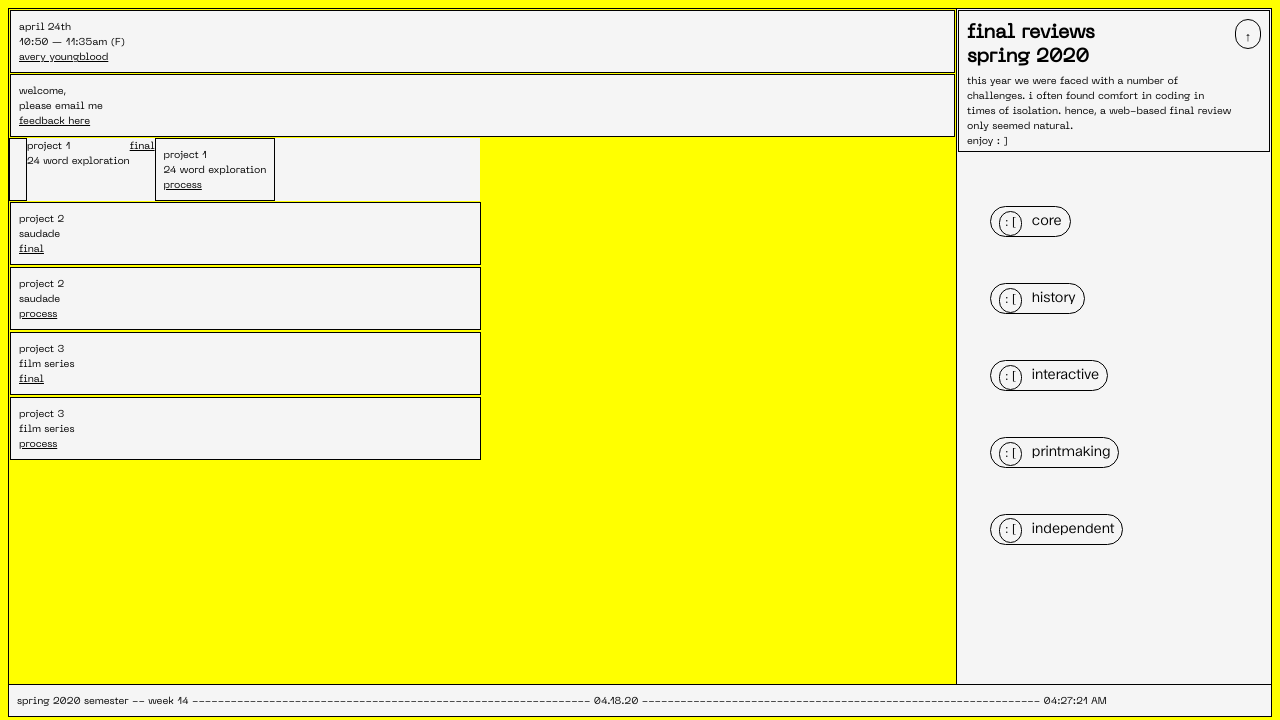
Repository: ayoungblood2/Spring-Semester-2020
Page: index v2/classes/core.html
An editor plug-in stored every save of this project. The page is shown before and after the next save, followed by the edit.
The browser window is 1280 px wide. The pictures show the whole page.
Some web libraries are served in a nearby version.

Above is the page before, as saved 2020-04-18 15:34:23.

### index v2/classes/core.html
<html lang="en">

<head>

    <meta charset="UTF-8">
    <meta name="viewport" content="width=device-width, initial-scale=1.0">
    <meta http-equiv="X-UA-Compatible" content="ie=edge">
    <link rel="stylesheet" href="/index v2/assets/css/main.css">

    <link rel="apple-touch-icon" sizes="180x180" href="/index v2/assets/icon/favicon_io/apple-touch-icon.png">
    <link rel="icon" type="image/png" sizes="32x32" href="/index v2/assets/icon/favicon_io/favicon-32x32.png">
    <link rel="icon" type="image/png" sizes="16x16" href="/index v2/assets/icon/favicon_io/favicon-16x16.png">

    <!-- <META HTTP-EQUIV="refresh" CONTENT="5; URL=http://127.0.0.1:5500/index%20v2/index2.html"> -->


    <title> : ] [ :</title>


</head>

<body class="none">


    <div id="coords" data-html2canvas-ignore="true" style="color: black; top: 747px; left: 58px;">click(48,737)
    </div>


    <main class="Main">

        <header class="PageHeader PageHeader--home">

            <section class="PageHeader-classInfo">
                april 24th
                <br>10:50 — 11:35am (F)
                <br><a href="https://www.art.yale.edu/AveryYoungblood" target="_blank" class="PageHeader--link">avery
                    youngblood</a>
            </section>
        </header>

        <header class="PageHeader PageHeader--home">
            <section class="PageHeader-classInfo">
                welcome,
                <br> please email me
                <br><a href="avery.youngblood@yale.edu" class="PageHeader--link">feedback here</a>
            </section>
        </header>


        <header class="grid-container" style="display: inline-flex; width:49.75%;">
            <section class="grid-item"></section>
                project 1
                <br> 24 word exploration
                <br><a href="/index v2/classes/core-prct1-1.html" class="PageHeader--link">final</a>
            </section>

            <section class="grid-item">
                project 1
                <br> 24 word exploration
                <br><a href="/index v2/classes/core-prct1-2.html" class="PageHeader--link">process</a>
            </section>
        </header>

        <header class="PageHeader PageHeader--home" style="display: inline-flex; width:49.75%;">
            <section class="PageHeader-classInfo">
                project 2
                <br> saudade
                <br><a href="/index v2/classes/core-prct2-1.html" class="PageHeader--link">final</a>
            </section>
        </header>

        <header class="PageHeader PageHeader--home" style="display: inline-flex; width:49.75%;">
            <section class="PageHeader-classInfo">
                project 2
                <br> saudade
                <br><a href="/index v2/classes/core-prct2-2.html" class="PageHeader--link">process</a>
            </section>
        </header>

        <header class="PageHeader PageHeader--home" style="display: inline-flex; width:49.75%;">
            <section class="PageHeader-classInfo">
                project 3
                <br> film series
                <br><a href="/index v2/classes/core-prct3-1.html" class="PageHeader--link">final</a>
            </section>
        </header>

        <header class="PageHeader PageHeader--home" style="display: inline-flex; width:49.75%;">
            <section class="PageHeader-classInfo">
                project 3
                <br> film series
                <br><a href="/index v2/classes/core-prct3-2.html" class="PageHeader--link">process</a>
            </section>
        </header>
    </div>

    </main>


    <header class="Header">

        <a href="/index v2/index2.html" class="Header-link">
            <div class="wrapper">

                <span class="Header-title">
                    <h2>
                        <span class="Header-span">final reviews</span>
                        <span class="Header-span">spring 2020</span></h2>
                    <br>
                    <div class="content">
                        <p> this year we were faced with a number of challenges.
                            i often found comfort in coding in times of isolation.
                            hence, a web-based final review only seemed natural. </p>
                        <p> enjoy : ] </p>

                </span>
                </span>

            </div>

            </div>
            <button onClick="window.location.href=window.location.href" class="Header-arrow">
                ↑
            </button>


        </a>


        <nav class="Nav is-home">

            <ul class="Nav-list">

                <li class="Nav-item ">
                    <span>
                        <a href="/index v2/classes/core.html" class="Nav-link view-more view-less" href="#"
                            data-target="core">
                            core
                        </a>
                    </span>
                    <img src="/index v2/classes/core/project1/Avery_Slang_BW.png"
                        style="width:150%;transform:rotate(20deg);" class="page-header" />

                    <ul id="core" class="viewing-less">

                        <li class="more">
                            core became a way to discover process and refine my message, along with building the
                            fundamentals of graphic design.
                            core solidifies the conceptualization of flexible ideas into experimental print and
                            materiality so that one can understand the motive behind work.
                            <br><br><br>
                            <p>--&nbsp;&nbsp;project&nbsp;&nbsp;&nbsp;1&nbsp;&nbsp;&nbsp;:&nbsp;&nbsp;&nbsp;24 word
                                exploration</p>
                            <br>
                            <p>--&nbsp;&nbsp;project&nbsp;&nbsp;2&nbsp;&nbsp;&nbsp;:&nbsp;&nbsp;&nbsp;saudade event</p>
                            <br>
                            <p>--&nbsp;&nbsp;project&nbsp;&nbsp;3&nbsp;&nbsp;&nbsp;:&nbsp;&nbsp;&nbsp;film posters</p>
                        </li>
                    </ul>

                </li>


                <li class="Nav-item ">
                    <span>
                        <a href="open projects on left-hand side and make smile icon big"
                            class="Nav-link view-more view-less" href="#" data-target="history">
                            history
                        </a>
                    </span>
                    <img src="/index v2/classes/history/other images/event_default_31_1.jpg"
                        style="width:100%;transform:rotate(-50deg);margin:50px;" />
                    <ul id="history" class="viewing-less">

                        <li class="more">
                            this semester history provided me with context for design. instead of conceptualizing from
                            personal ideation,
                            my process became reversed in history of graphic design. i found myself working from
                            historical references first,
                            then contextualizing into my own design language.
                            <br><br><br>
                            <p>--&nbsp;&nbsp;project&nbsp;&nbsp;&nbsp;1&nbsp;&nbsp;&nbsp;:&nbsp;&nbsp;&nbsp;sf
                                psychedelic rock posters</p>
                            <br>
                            <p>--&nbsp;&nbsp;project&nbsp;&nbsp;2&nbsp;&nbsp;&nbsp;:&nbsp;&nbsp;&nbsp;designer accordion
                            </p>
                            <br>
                            <p>--&nbsp;&nbsp;project&nbsp;&nbsp;3&nbsp;&nbsp;&nbsp;:&nbsp;&nbsp;&nbsp;reading</p>
                            <br>
                            <p>--&nbsp;&nbsp;project&nbsp;&nbsp;4&nbsp;&nbsp;&nbsp;:&nbsp;&nbsp;&nbsp;research &
                                resources</p>
                        </li>
                    </ul>
                </li>


                <li class="Nav-item ">
                    <span>
                        <a href="open projects on left-hand side and make smile icon big"
                            class="Nav-link view-more view-less" href="#" data-target="interact">
                            interactive
                        </a>
                    </span>
                    <img src="/index v2/classes/interactive/web-as-site.png"
                        style="width:70%;transform:rotate(2deg);margin-top:300px;margin-left:300px;" />
                    <ul id="interact" class="viewing-less">

                        <li class="more">
                            we covered a lot in interactive this semester.
                            i've been actively learning HTML, CSS, and JavaScript, and experimenting ways to introduce
                            these methods into my everyday studio practice.
                            the readings we had about the internet and the relationship to
                            embodied experience were eye-opening discussions.
                            everything of what i thought web-design "should-be" vanished. all expectations and rules,
                            gone.
                            i learned there is a space for art in the web-space.
                            i appreciate the freedom of expression and encouragement of creativity from
                            conceptually-driven prompts in this class.
                            i want to incorporate this new perspective of organizing and translating design/process into
                            an interactive space.
                            <br><br><br>
                            <p>--&nbsp;&nbsp;project&nbsp;&nbsp;&nbsp;1&nbsp;&nbsp;&nbsp;:&nbsp;&nbsp;&nbsp;list</p>
                            <br>
                            <p>--&nbsp;&nbsp;project&nbsp;&nbsp;2&nbsp;&nbsp;&nbsp;:&nbsp;&nbsp;&nbsp;clock</p>
                            <br>
                            <p>--&nbsp;&nbsp;project&nbsp;&nbsp;3&nbsp;&nbsp;&nbsp;:&nbsp;&nbsp;&nbsp;reading &
                                resources</p>
                        </li>
                    </ul>
                </li>


                <li class="Nav-item ">
                    <span>
                        <a href="open projects on left-hand side and make smile icon big"
                            class="Nav-link view-more view-less" href="#" data-target="print">
                            printmaking
                        </a>
                    </span>
                    <img src="/index v2/classes/printmaking/reference pics/Screen Shot 2020-04-16 at 5.17.14 AM.png"
                        style="width:50%;transform:rotate(20deg);margin-top:200px;margin-left:10px;" />
                    <ul id="print" class="viewing-less">

                        <li class="more">
                            printmaking considers ways in which multiplicity, circulation, and archives have functioned
                            within contemporary print based artworks.
                            We had visits to on-campus collections, collaborative studio work, and in class discussions
                            of pertinent texts aim to place the
                            making of printed media within an expansive field of art practices.
                            Although, the second part of the semester was to focus on
                            how these concepts, materials, and forms connect to our own individual studio practices
                            through projects and printshop demonstrations focusing on the stencil and the book (we still
                            had discussions of what we'd like to pursue in the future).
                            <br><br><br>
                            <p>--&nbsp;&nbsp;project&nbsp;&nbsp;&nbsp;1&nbsp;&nbsp;&nbsp;:&nbsp;&nbsp;&nbsp;reading</p>
                            <br>
                            <p>--&nbsp;&nbsp;project&nbsp;&nbsp;2&nbsp;&nbsp;&nbsp;:&nbsp;&nbsp;&nbsp;research &
                                resources</p>
                            <br>
                            <p>--&nbsp;&nbsp;project&nbsp;&nbsp;3&nbsp;&nbsp;&nbsp;:&nbsp;&nbsp;&nbsp;chapel street pole
                            </p>
                            <br>
                            <p>--&nbsp;&nbsp;project&nbsp;&nbsp;4&nbsp;&nbsp;&nbsp;:&nbsp;&nbsp;&nbsp;commissioned
                                publication</p>
                        </li>
                    </ul>
                </li>


                <li class="Nav-item ">
                    <span>
                        <a href="open projects on left-hand side and make smile icon big"
                            class="Nav-link view-more view-less" href="#" data-target="ind">
                            independent
                        </a>
                    </span>
                    <img src="/index v2/classes/independent/Screen Shot 2020-04-14 at 2.37.37 PM.png"
                        style="width:50%;transform:rotate(-63deg);margin:20px;" />
                    <ul id="ind" class="viewing-less">

                        <li class="more">
                            collaboration on all fronts. alvin (prelim GD) and amina (1st yr sculpture) became my close
                            allies this semester.
                            our personal interests led the way in cultivating close-relationships,
                            along with intriguing long-term projects that i'm excited to continue and develop over the
                            years.
                            <br>
                            the second half of the semester my attention and time became devoted to the covid-19 cause -
                            writing
                            and meeting and organizing 24/7 to work towards active nationwide solutions for the future
                            of education.
                            <br><br><br>
                            <p>--&nbsp;&nbsp;project&nbsp;&nbsp;&nbsp;1&nbsp;&nbsp;&nbsp;:&nbsp;&nbsp;&nbsp;we-need-to-talk
                            </p>
                            <br>
                            <p>--&nbsp;&nbsp;project&nbsp;&nbsp;2&nbsp;&nbsp;&nbsp;:&nbsp;&nbsp;&nbsp;sonic rupture</p>
                            <br>
                            <p>--&nbsp;&nbsp;project&nbsp;&nbsp;3&nbsp;&nbsp;&nbsp;:&nbsp;&nbsp;&nbsp;log & letters</p>
                        </li>
                    </ul>
                </li>
        </nav>

    </header>

    <span class="TimeStamp">spring semester week 01 04.15.20 05:07:06 PM</span>

    <script src="//ajax.googleapis.com/ajax/libs/jquery/1.7.1/jquery.min.js" type="text/javascript"></script>
    <script src="https://cdnjs.cloudflare.com/ajax/libs/moment.js/2.20.1/moment.min.js"></script>
    <script src="/index v2/assets/js/main.js"></script>
    <script src="/index v2/assets/js/scripts.js"></script>
    <script src="/index v2/assets/js/html2canvas.js"></script>




</body>


</html>

<!-- yale school of art --
graphic design --
preliminary year --
final reviews --
spring 2020 -->

Loaded but not shown: index v2/assets/js/html2canvas.js (library); index v2/assets/js/scripts.js (193 lines, source omitted); index v2/assets/js/main.js (113 lines, source omitted); index v2/assets/css/main.css (840 lines, source omitted)

After the next save:
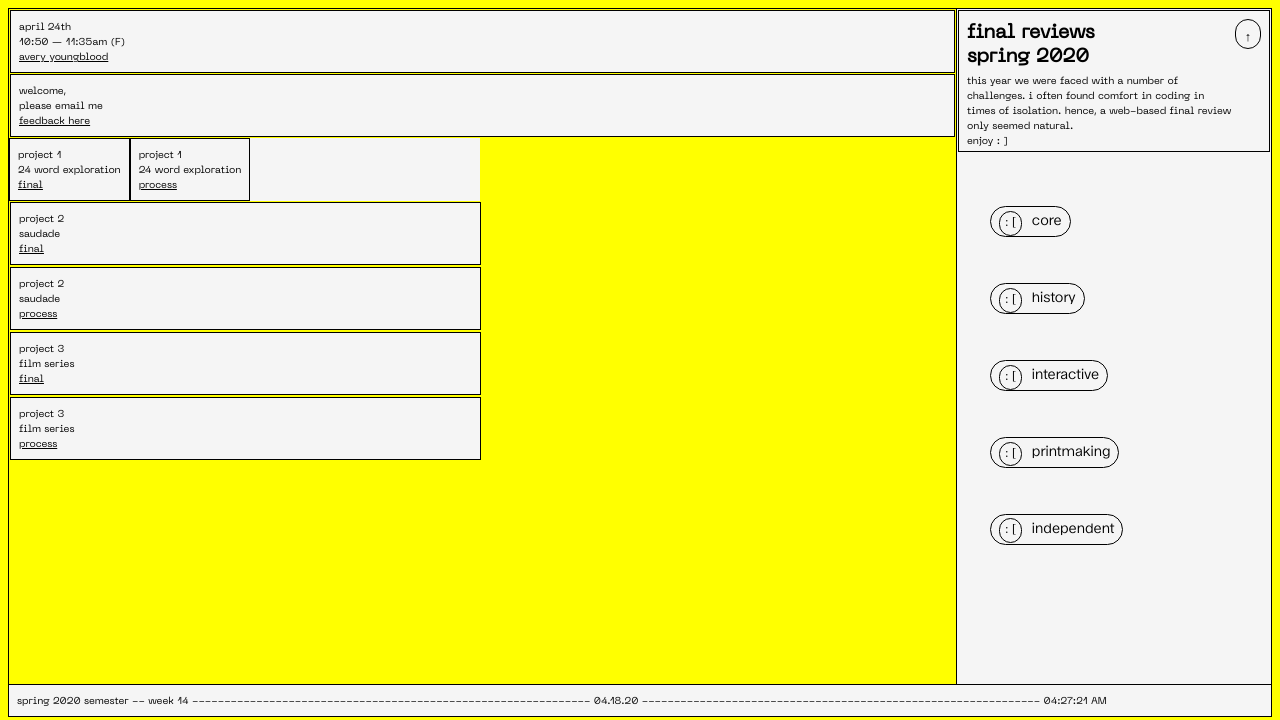
Saved 8 s later.
--- a/index v2/classes/core.html
+++ b/index v2/classes/core.html
@@ -48,7 +48,7 @@
 
 
         <header class="grid-container" style="display: inline-flex; width:49.75%;">
-            <section class="grid-item"></section>
+            <section class="grid-item">
                 project 1
                 <br> 24 word exploration
                 <br><a href="/index v2/classes/core-prct1-1.html" class="PageHeader--link">final</a>
